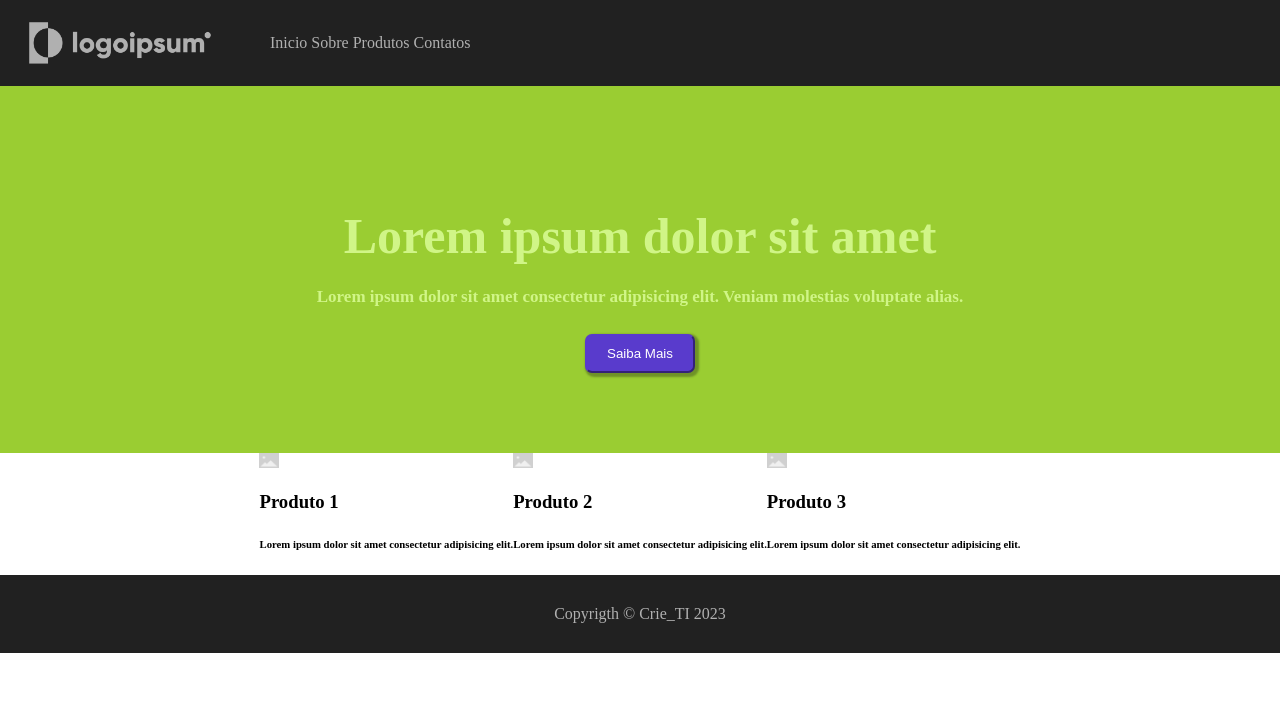
Repository: robsonwssantos/Projeto_Olaria
Page: Exercicios/ex.01/index.html
An editor plug-in stored every save of this project. The page is shown before and after the next save, followed by the edit.
The browser window is 1280 px wide. The pictures show the whole page.

Above is the page before, as saved 2023-04-21 11:43:58.

After the next save:
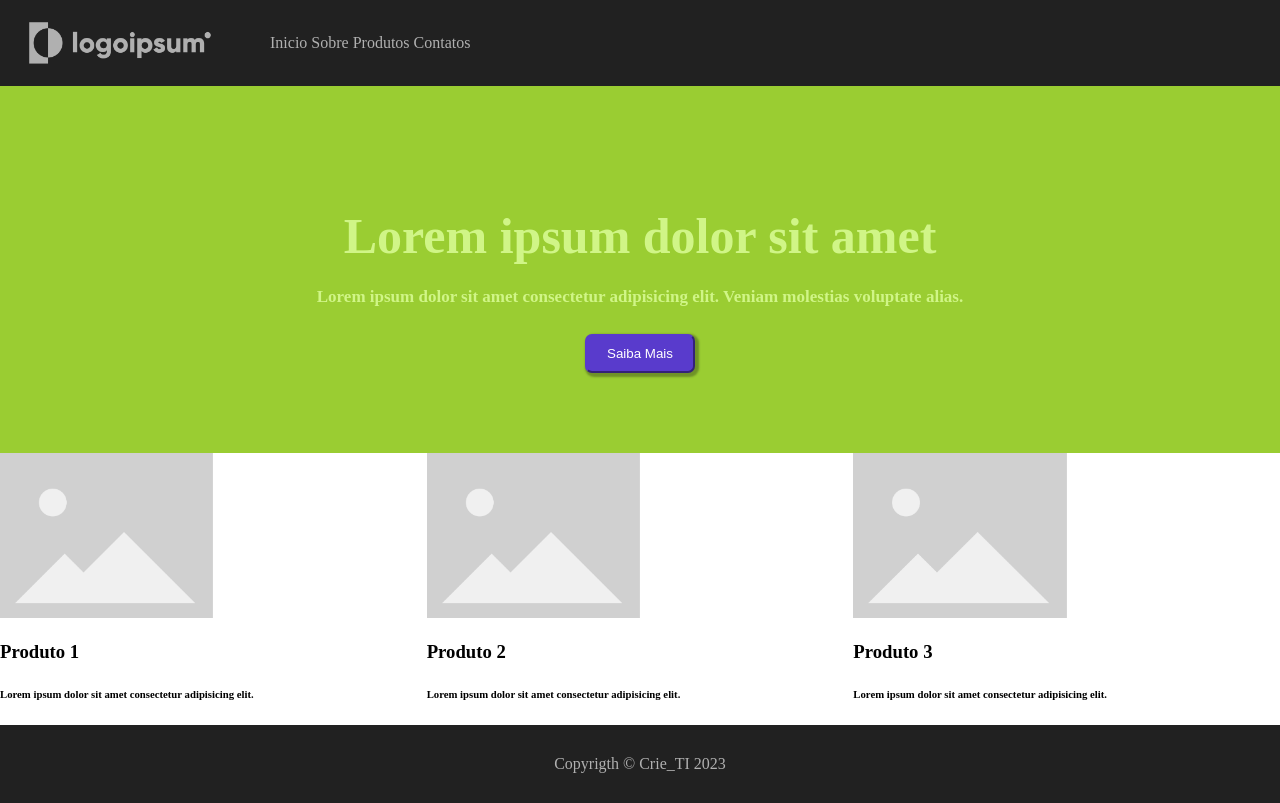
Saved 31 s later.
--- a/Exercicios/ex.01/index.html
+++ b/Exercicios/ex.01/index.html
@@ -80,7 +80,7 @@
         }
 
         .container img {
-            width: 20px;
+            width: 50%;
         }
 
 
